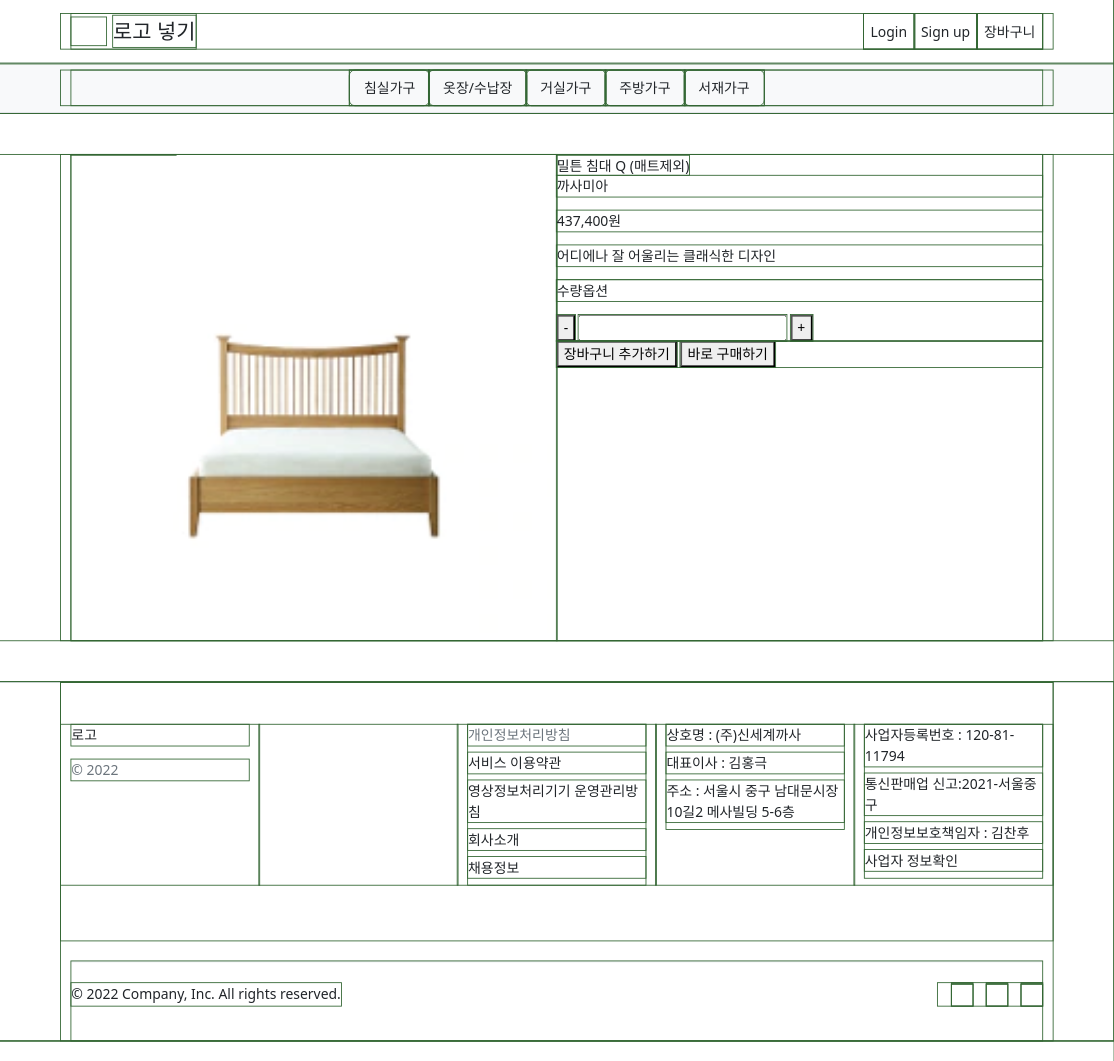
Repository: raoniee/Elice-House-Project
Page: FE/views/pages/main/item-detail-page.html
These files come from the project's save history. The page is drawn as it stood at one moment and after the next save; the edit follows.
The browser window is 1280 px wide. The pictures show the whole page, at 87% of full size.

Above is the page before, as saved 2023-07-06 15:01:43.

After the next save:
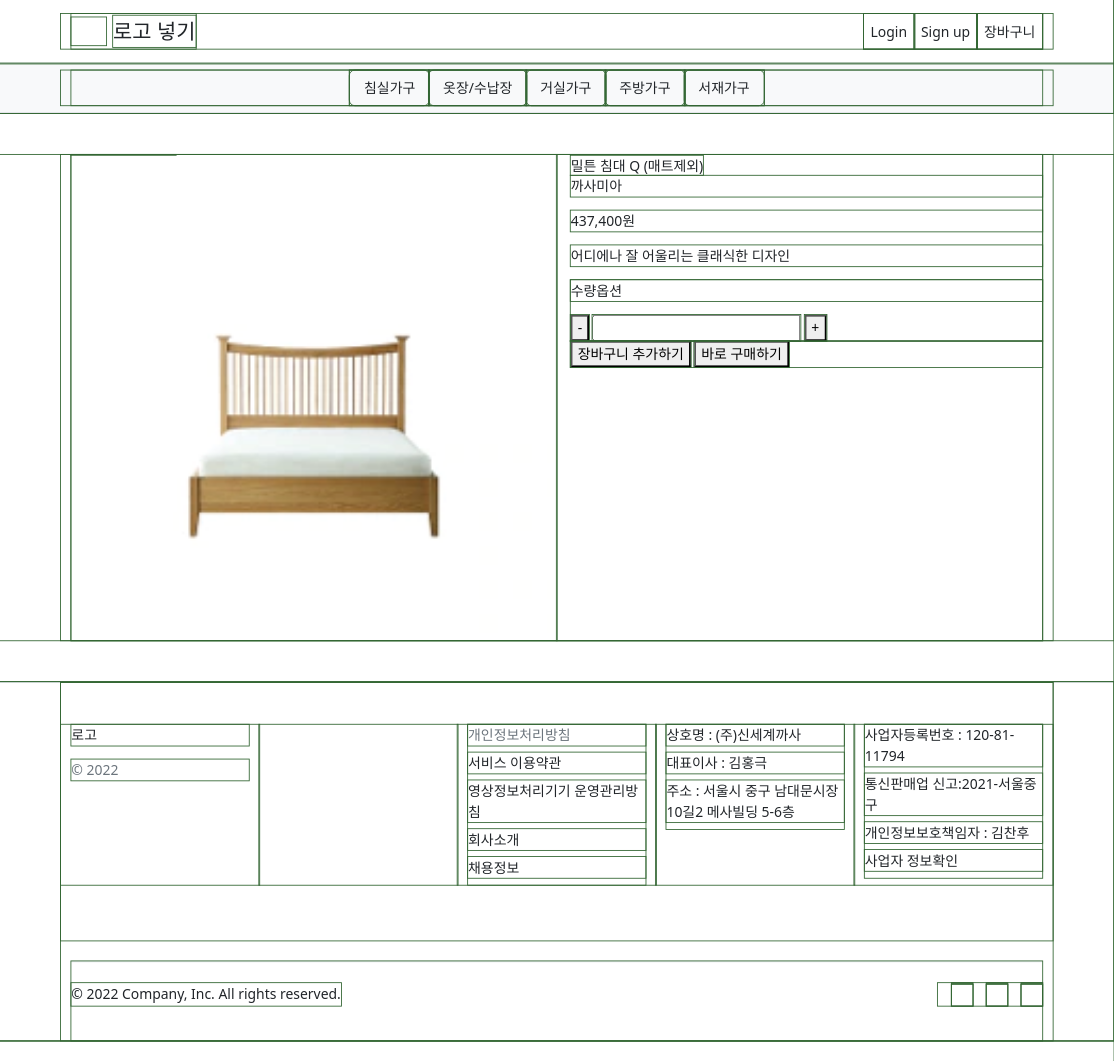
Saved 14 s later.
--- a/FE/views/pages/main/item-detail-page.html
+++ b/FE/views/pages/main/item-detail-page.html
@@ -51,7 +51,7 @@
             src="../../../public/assets/imgs/item-list-card.webp"
             alt="가구"
           />
-          <div class="item_detail_content w-50">
+          <div class="item_detail_content w-50 ps-3">
             <span class="item_detail_name">밀튼 침대 Q (매트제외)</span>
             <p class="item_detail_brand">까사미아</p>
             <p class="item_detail_price">437,400원</p>
